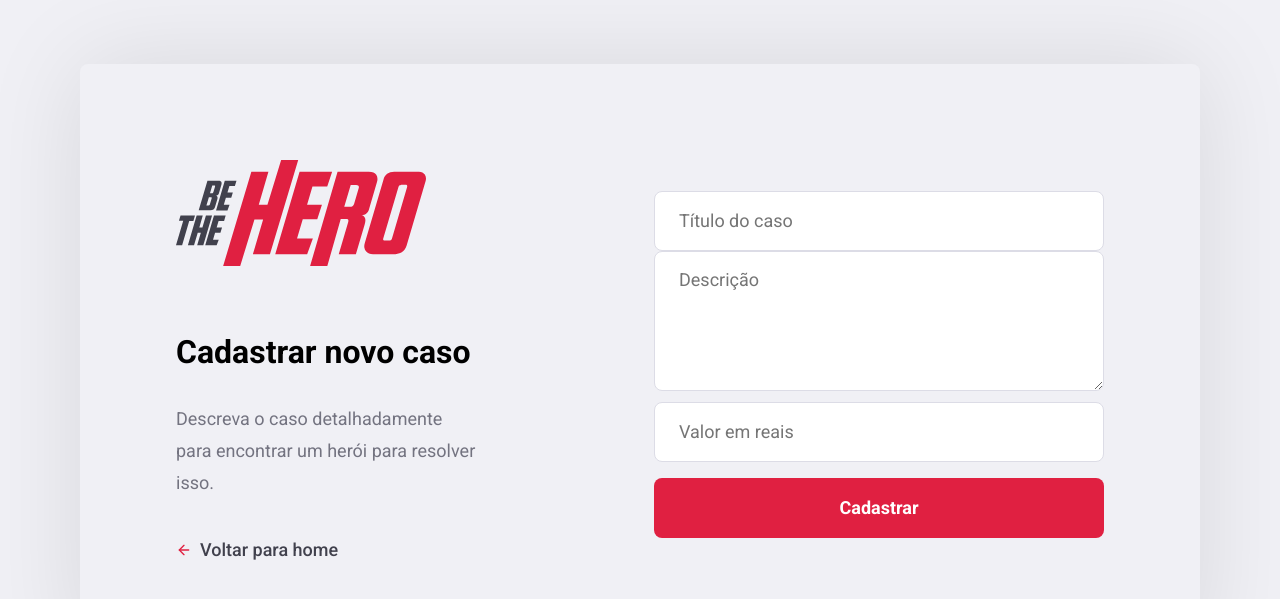
Repository: pedroevangelista/be-the-hero
Page: /incidents/new (app in frontend/)
These files come from the project's save history. The page is drawn as it stood at one moment and after the next save; the edit follows.
The browser window is 1280 px wide. The pictures show the whole page.
The project was rebuilt for these pictures with package versions that can differ from the ones it lists, and the page was loaded fresh each time. Also part of the build but not shown: frontend/src/pages/Logon/styles.css, frontend/src/pages/Logon/index.js, frontend/src/pages/Register/styles.css, frontend/src/pages/Register/index.js, frontend/src/pages/Profile/styles.css, frontend/src/pages/Profile/index.js.

Above is the page before, as saved 2020-03-25 19:31:46.

### frontend/src/App.js
import React from 'react';
import './global.css'
import Routes from './routes';

function App() {

  return (
    <Routes />
  );
}

export default App;

### frontend/src/global.css
@import url('https://fonts.googleapis.com/css?family=Roboto:400,500,700&display=swap');

* {
    margin: 0;
    padding: 0;
    outline: 0;
    box-sizing: border-box;
}

body {
    font: 400 14px Roboto, sans-serif;
    background: #f0f0f5;
    -webkit-font-smoothing: antialiased;
}

input, button, textarea {
    font: 400 18px Roboto, sans-serif;
}

button {
    cursor: pointer
}

form input {
    width: 100%;
    height: 60px;
    color: #333;
    border: 1px solid #dcdce6;
    border-radius: 8px;
    padding: 0 24px;
}

form textarea {
    width: 100%;
    min-height: 140px;
    height: 60px;
    color: #333;
    border: 1px solid #dcdce6;
    border-radius: 8px;
    padding: 16px 24px;
    line-height: 24px;
}

.button {
    width: 100%;
    height: 60px;
    background: #e02041;
    border: 0;
    border-radius: 8px;
    color: #FFF;
    font-weight: 700;
    margin-top: 16px;
    display: inline-block;
    text-align: center;
    text-decoration: none;
    font-size: 18px;
    line-height: 60px;
    transition: filter 0.2s;
}

.button:hover {
    filter: brightness(90%);
}

.back-link {
    display: flex;
    align-items: center;
    margin-top: 40px;
    color: #41414d;
    font-size: 18px;
    text-decoration: none;
    font-weight: 500;
    transition: opacity 0.2s;
}

.back-link svg {
    margin-right: 8px;
}

.back-link:hover {
    opacity: 0.8;
}

### frontend/src/routes.js
import React from 'react';
import { BrowserRouter, Route, Switch } from 'react-router-dom';

import Logon from './pages/Logon';
import Register from './pages/Register';
import Profile from './pages/Profile';
import NewIncident from './pages/NewIncident';

export default function Routes() {
    return (
        <BrowserRouter>
            <Switch>
                <Route path="/" exact component={Logon}></Route>
                <Route path="/register" component={Register}></Route>
                <Route path="/profile" component={Profile}></Route>
                <Route path="/incidents/new" component={NewIncident}></Route>
            </Switch>
        </BrowserRouter>
    );
}

### frontend/src/pages/NewIncident/index.js
import React from 'react';
import { Link } from 'react-router-dom';
import { FiArrowLeft } from 'react-icons/fi';
import './styles.css';

import logoImg from '../../assets/logo.svg';

export default function NewIncident() {
    return (
        <div className="new-incident-container">
            <div className="content">
                <section>
                    <img src={logoImg} alt="Be The Hero" />

                    <h1>Cadastrar novo caso</h1>
                    <p>Descreva o caso detalhadamente para encontrar um herói para resolver isso.</p>

                    <Link className="back-link" to="/">
                        <FiArrowLeft size="16" color="#e02041" />
                        Voltar para home
                    </Link>
                </section>

                <form action="">
                    <input placeholder="Título do caso" />
                    <textarea type="email" placeholder="Descrição" />
                    <input placeholder="Valor em reais" />

                    <button className="button" type="submit">Cadastrar</button>
                </form>
            </div>
        </div>
    );
}

### frontend/src/pages/NewIncident/styles.css
.new-incident-container {
    width: 100%;
    max-width: 1120px;
    height: 100vh;
    margin: 0 auto;
    display: flex;
    align-items: center;
    justify-content: center;
}

.new-incident-container .content {
    width: 100%;
    padding: 96px;
    background: #f0f0f5;
    box-shadow: 0 0 100px rgba(0, 0, 0, 0.1);
    border-radius: 8px;
    display: flex;
    justify-content: space-between;
    align-items: center;
}

.new-incident-container .content section {
    width: 100%;
    max-width: 300px;
}

.new-incident-container .content section h1 {
    margin: 64px 0 32px;
    font-size: 32px;
}

.new-incident-container .content section p {
    font-size: 18px;
    color: #737380;
    line-height: 32px;
}

.new-incident-container .content form {
    width: 100%;
    max-width: 450px;
}

.new-incident-container .content form input {
    margin-top: 8px;
}

Loaded but not shown: frontend/public/index.html (common file); frontend/src/index.js (common file)

After the next save:
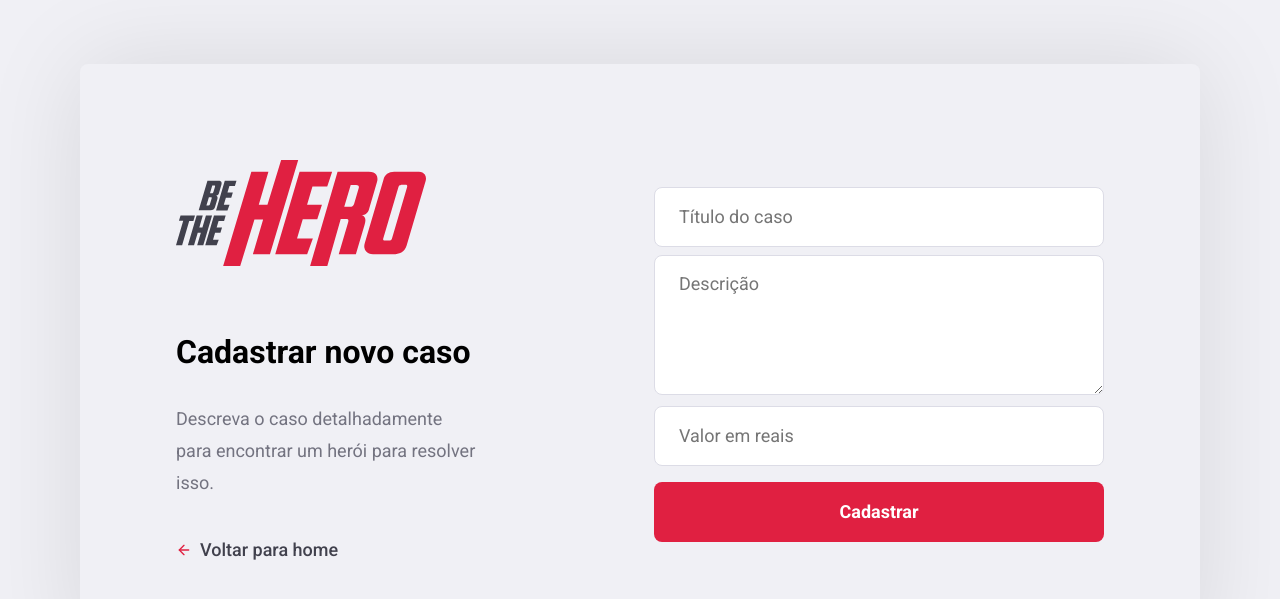
Saved 27 s later.
--- a/frontend/src/pages/NewIncident/styles.css
+++ b/frontend/src/pages/NewIncident/styles.css
@@ -40,6 +40,7 @@
     max-width: 450px;
 }
 
-.new-incident-container .content form input {
+.new-incident-container .content form input,
+.new-incident-container .content form textarea {
     margin-top: 8px;
 }
